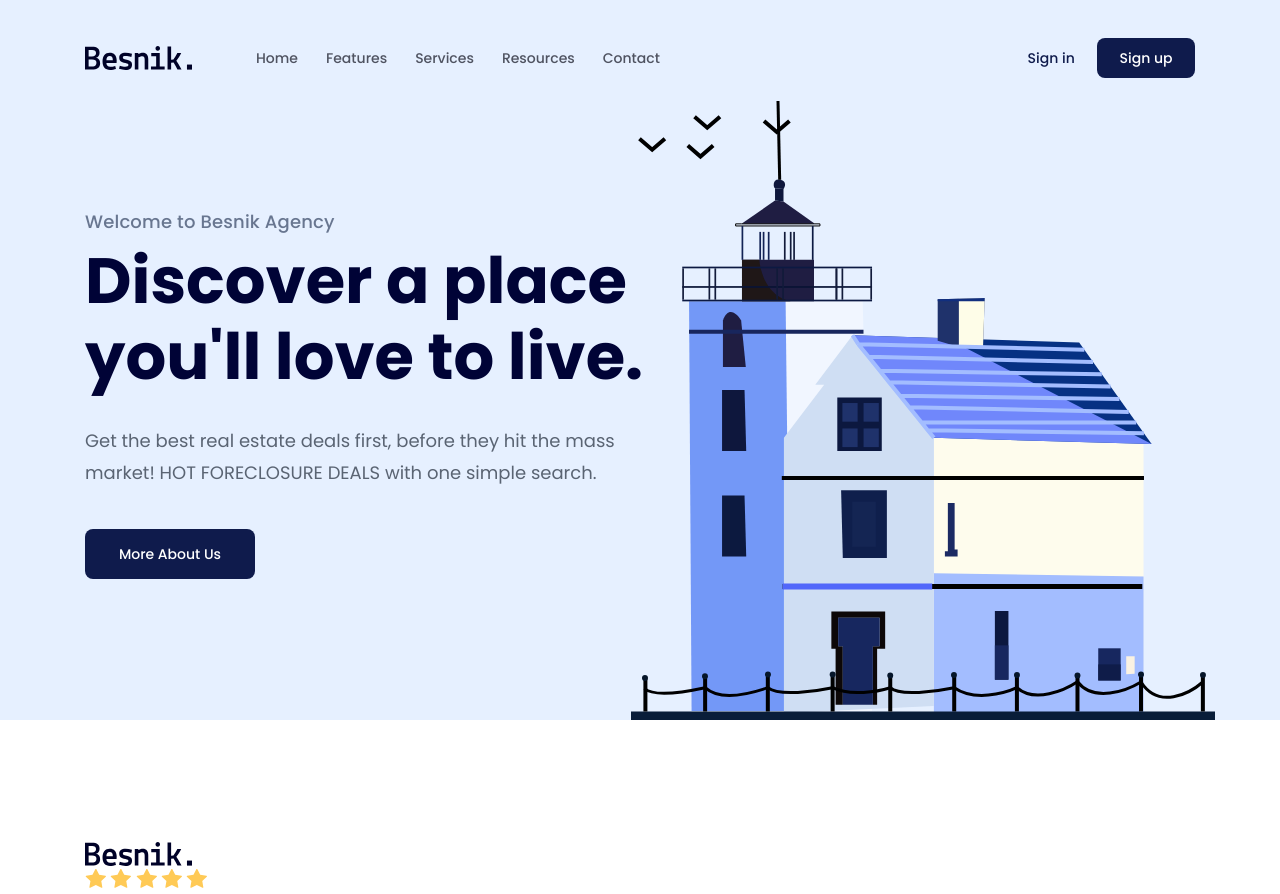
Repository: Tibi2003/f8-htmlcss-01
Page: index.html
The author's editor kept a copy of each file at every save. The page is drawn from the files as they stood at one save, then again after the next save.
The browser window is 1280 px wide. The pictures show the whole page.

Above is the page before, as saved 2024-02-08 10:23:41.

### index.html
<!DOCTYPE html>
<html lang="en">
	<head>
		<meta charset="UTF-8" />
		<meta name="viewport" content="width=device-width, initial-scale=1.0" />
		<title>F8 Project 01</title>
		<link rel="stylesheet" href="./assets/css/reset.css" />
		<link rel="preconnect" href="https://fonts.googleapis.com" />
		<link rel="preconnect" href="https://fonts.gstatic.com" crossorigin />
		<link
			href="https://fonts.googleapis.com/css2?family=Poppins:wght@400;500;600;700&display=swap"
			rel="stylesheet" />
		<!-- <link rel="stylesheet" href="./assets/fonts/stylesheet.css" /> -->
		<link rel="stylesheet" href="./assets/css/styles.css" />
	</head>
	<body>
		<main>
			<!-- Header -->
			<header class="header">
				<div class="content">
					<nav class="navbar">
						<!-- Logo -->
						<img src="./assets/img/logo.svg" alt="Besnik." />
						<!-- Navigation -->
						<ul>
							<li><a href="#!">Home</a></li>
							<li><a href="#!">Features</a></li>
							<li><a href="#!">Services</a></li>
							<li><a href="#!">Resources</a></li>
							<li><a href="#!">Contact</a></li>
						</ul>
						<!-- Action -->
						<div class="actions">
							<a href="#!" class="action-link">Sign in</a>
							<a href="#!" class="btn action-btn">Sign up</a>
						</div>
					</nav>

					<div class="hero">
						<div class="info">
							<p class="sub-title">Welcome to Besnik Agency</p>
							<h1 class="title">
								Discover a place you'll love to live.
							</h1>
							<p class="desc">
								Get the best real estate deals first, before
								they hit the mass market! HOT FORECLOSURE DEALS
								with one simple search.
							</p>
							<!-- Call to action -->
							<a href="" class="btn hero-cta">More About Us</a>
						</div>

						<img
							src="./assets/img/hero-img.svg"
							alt="Discover a place you'll love to live."
							class="hero-img" />
					</div>
				</div>
			</header>

			<!-- Clients -->
			<div class="clients">
				<div class="content">
					<div class="row">
						<!-- Logo -->
						<img src="./assets/img/logo.svg" alt="Besnik." />

						<!-- Stars -->
						<div class="stars">
							<img src="./assets/img/star.svg" alt="Star" />
							<img src="./assets/img/star.svg" alt="Star" />
							<img src="./assets/img/star.svg" alt="Star" />
							<img src="./assets/img/star.svg" alt="Star" />
							<img src="./assets/img/star.svg" alt="Star" />
						</div>
					</div>
				</div>
			</div>
		</main>
	</body>
</html>

### assets/css/styles.css
* {
	box-sizing: border-box;
}

:root {
	--primary-color: #0f1b4c;
}

html {
	font-size: 62.5%;
}

body {
	font-size: 1.6rem;
	font-family: "Poppins", sans-serif;
}

/* Common */
a {
	text-decoration: none;
}

.btn {
	display: inline-block;
	min-width: 98px;
	padding: 18px 16px;
	border-radius: 8px;
	background: var(--primary-color);
	font-size: 1.4rem;
	font-weight: 500;
	text-align: center;
	color: #ffffff;
}

.btn:hover {
	opacity: 0.9;
}

.content {
	width: 1110px;
	max-width: calc(100% - 48px);
	margin-left: auto;
	margin-right: auto;
}

/* Header */
.header {
	position: relative;
	background: #e6f0ff;
	height: 100vh;
}

.navbar {
	display: flex;
	align-items: center;
	padding-top: 38px;
}

.navbar ul {
	display: flex;
	margin-left: 50px;
}

.navbar .actions {
	margin-left: auto;
}

.navbar ul a {
	font-size: 1.4rem;
	font-weight: 500;
	color: #4f5361;
	padding: 8px 14px;
}

.navbar ul a:hover {
	text-decoration: underline;
}

.navbar .action-link {
	font-weight: 500;
	font-size: 1.4rem;
	color: var(--primary-color);
}

.navbar .action-btn {
	padding: 13px 16px;
	margin-left: 18px;
}

.hero {
	margin-top: 130px;
}

.hero .info {
	width: 51%;
}

.hero .sub-title {
	font-size: 1.8rem;
	font-weight: 500;
	line-height: 1.5;
	letter-spacing: 0.01em;
	color: #687690;
}

.hero .title {
	margin-top: 8px;
	font-size: 6.4rem;
	font-weight: 700;
	line-height: 1.19;
	color: #000336;
}

.hero .desc {
	margin-top: 30px;
	font-size: 1.8rem;
	font-weight: 400;
	line-height: 1.78;
	color: #5a6473;
}

.hero-cta {
	min-width: 170px;
	margin-top: 40px;
}

.hero-img {
	position: absolute;
	right: 65px;
	bottom: 0;
}

/* Clients */
.clients {
	margin-top: 122px;
}

Loaded but not shown: assets/css/reset.css (common file)

After the next save:
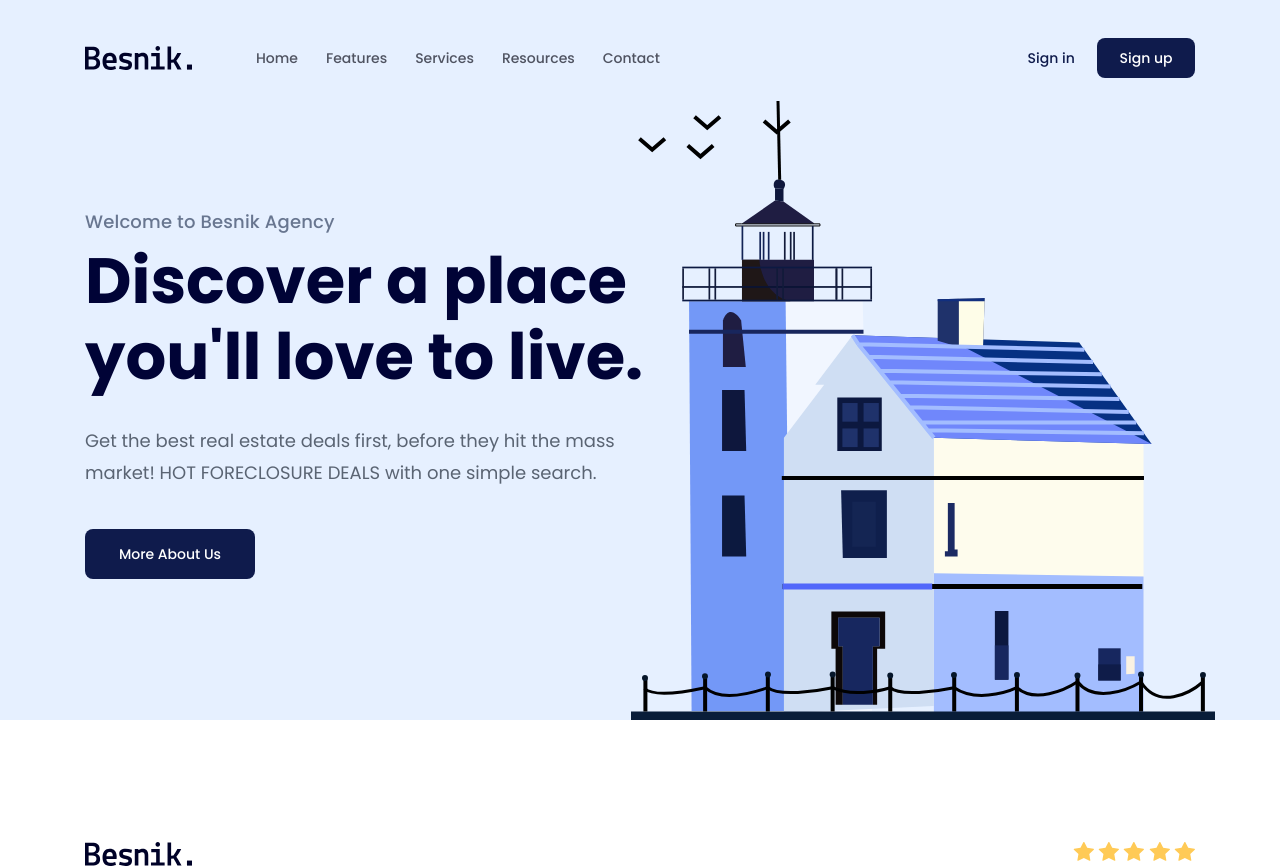
Saved 50 s later.
--- a/assets/css/styles.css
+++ b/assets/css/styles.css
@@ -134,3 +134,11 @@
 .clients {
 	margin-top: 122px;
 }
+
+.clients .row {
+	display: flex;
+}
+
+.clients .stars {
+	margin-left: auto;
+}
